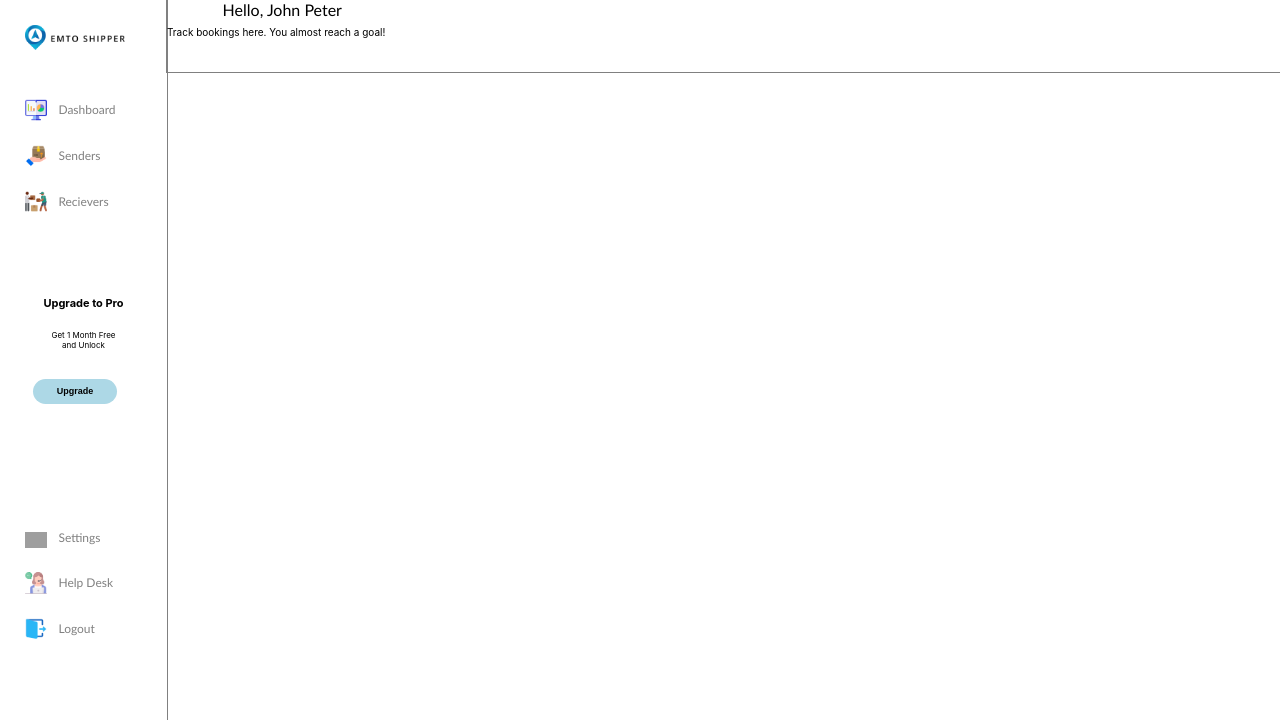
Repository: RoshanArun/Emto-Web
Page: /dashboard (app in emto/reactfirst/)
The author's editor kept a copy of each file at every save. The page is drawn from the files as they stood at one save, then again after the next save.
The browser window is 1280 px wide. The pictures show the whole page.
Pictures or frames that could not be fetched are drawn as grey boxes. The project was rebuilt for these pictures with package versions that can differ from the ones it lists, and the page was loaded fresh each time. Also part of the build but not shown: emto/reactfirst/src/pages/SignUp/SignUp.css, emto/reactfirst/src/pages/SignUp/SignUp.js, emto/reactfirst/src/pages/Login/Login.js.

Above is the page before, as saved 2023-07-26 01:10:16.

After the next save:
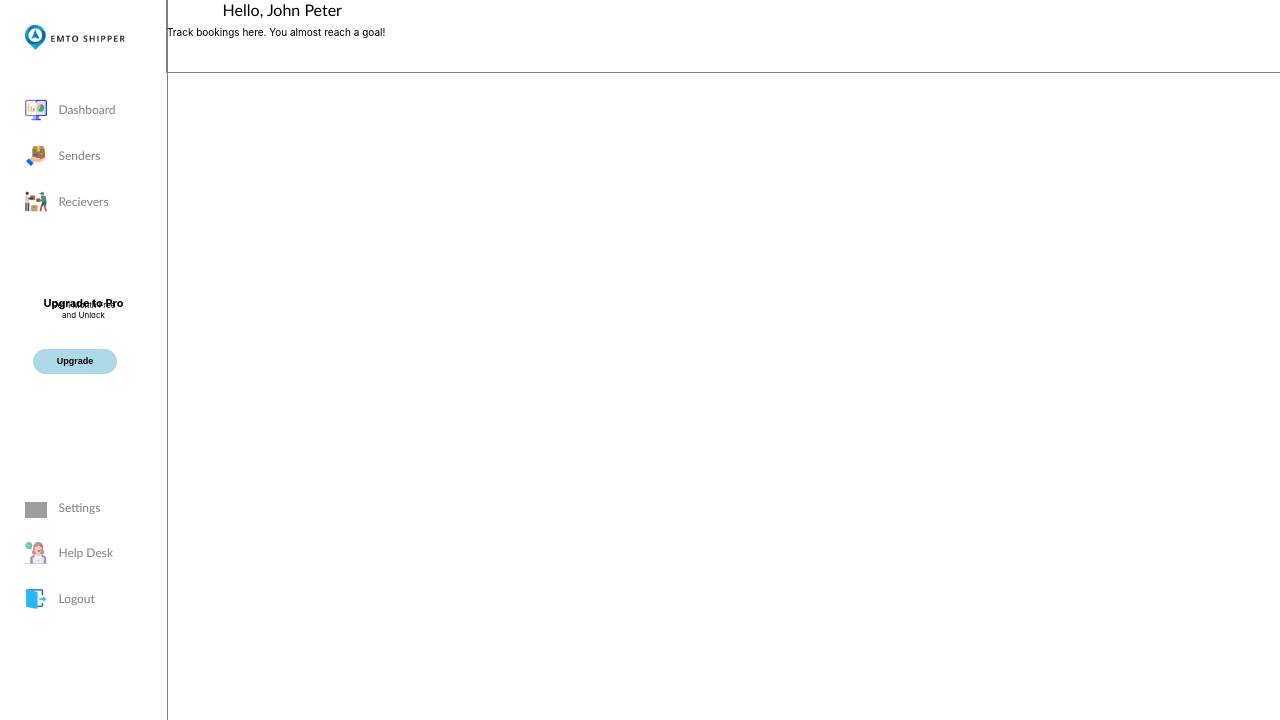
Saved 15 s later.
--- a/emto/reactfirst/src/pages/DashBoard/DashBoard.js
+++ b/emto/reactfirst/src/pages/DashBoard/DashBoard.js
@@ -13,7 +13,7 @@
                     <img src={IMAGES.dashboard} class="dashboardicon" alt="dashboardlogo" /><label class="dashboardlabels">Dashboard</label><br></br>
                     <img src={IMAGES.senders} class="dashboardicon" alt="dashboardlogo" /><label class="dashboardlabels">Senders</label><br></br>
                     <img src={IMAGES.recievers} class="dashboardicon" alt="dashboardlogo" /><label class="dashboardlabels">Recievers</label><br></br><br></br><br></br><br></br><br></br>
-                    <label class="pro">Upgrade to Pro</label><br></br>
+                    <label class="pro">Upgrade to Pro</label><span class="small"></span>
                     <label class="unlock">Get 1 Month Free</label>
                     <label class="unlock2">and Unlock</label><br></br>
                     <button class="upgrade">Upgrade</button><br></br>
